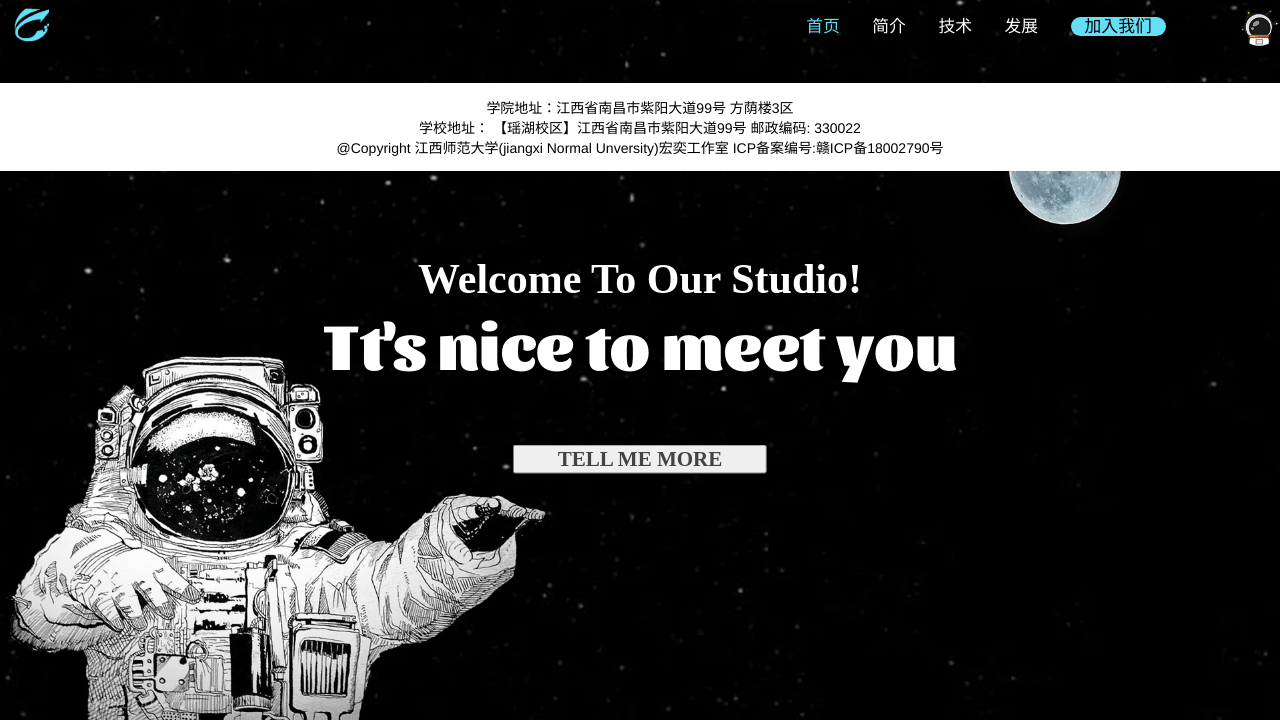
Repository: Homyit20/website
Page: /#/home
An editor plug-in stored every save of this project. The page is shown before and after the next save, followed by the edit.
The browser window is 1280 px wide. The pictures show the whole page.
The project was rebuilt for these pictures with package versions that can differ from the ones it lists, and the page was loaded fresh each time. Also part of the build but not shown: vue.config.js.

Above is the page before, as saved 2021-08-10 21:04:29.

### public/index.html
<!DOCTYPE html>
<html lang="">
  <head>
    <meta charset="utf-8">
    <meta http-equiv="X-UA-Compatible" content="IE=edge">
    <meta name="viewport" content="width=device-width,initial-scale=1.0">
    <link rel="icon" href="<%= BASE_URL %>favicon.ico">
    <!-- <title><%= htmlWebpackPlugin.options.title %></title> -->
    <title><%= htmlWebpackPlugin.options.title %></title>
    <style>
      *{
        cursor: url("火箭.ico"),auto;
      }
      .body{
        overflow-x: hidden;
      }
    </style>
  </head>
  <body class="body">
    <noscript>
      <strong>We're sorry but <%= htmlWebpackPlugin.options.title %> doesn't work properly without JavaScript enabled. Please enable it to continue.</strong>
    </noscript>
    <div id="app"></div>
    <!-- built files will be auto injected -->
  </body>
</html>

### src/main.js
import Vue from 'vue'
import App from './App.vue'
import router from './router'
import store from './store'
// import VueCookies from 'vue-cookies'
// import axios from 'axios'
// import VueAxios from 'vue-axios'
import 'animate.css/animate.min.css'
// Vue.use(VueCookies)
// Vue.use(VueAxios, axios);

Vue.config.productionTip = false

new Vue({
  router,
  store,
  render: h => h(App),
}).$mount('#app')

//报名成功或者已报名才可进入二维码页面
router.beforeEach((to, from, next) => {
  //路由导航
  if (to.meta.islogin) {

    if (store.state.success == 1) {
      next()
    } else {
      next({
        path: from.path
      })
    }
  } else {

    if (to.meta.islogin) {
      if (store.state.success == 1) {
        next()
      } else {
        next({
          path: from.path
        })
      }
    } else {
      next()
    }
  }
})
window.onload = function(){
  document.title = "HOMYIT STUDIO"
}

### src/App.vue
<template>
  <div id="app">
    <router-view></router-view>
  </div>
</template>

<script>
// import NavBar from "./components/enter/enter.vue"
export default {
  name: "App"
};
</script>

<style>
* {
  margin: 0;
  padding: 0;
  box-sizing: border-box;
}
html {
  font-size: 14px;
}
#app {
  font-family: Avenir, Helvetica, Arial, sans-serif;
}
</style>

### src/router/index.js
import Vue from 'vue'
import VueRouter from 'vue-router'

Vue.use(VueRouter);

const routes = [
    {
        path: '/',
        redirect: '/enter',
        meta : {
            title : 'enter'
        }
    },
    {
        path: '/technique',
        component: () => import('../views/technique.vue'),
        meta : {
            title : 'technique'
        }
    },
    {
        path: '/develop',
        component: () => import('../views/develop.vue'),
        meta : {
            title : 'develop'
        }
    },
    {
        path: '/enter',
        component: () => import('../views/enter.vue'),
        meta : {
            title : 'enter'
        }
    },
    {
        path: '/login',
        component: () => import('../views/login.vue'),
        redirect: '/login/loginform',
        children: [{
            path: '/login/loginform',
            component: () => import('../components/content/loginform.vue'),
            meta : {
                title : 'login'
            }
        },
        {
            path: '/login/contact',
            component: () => import('../components/content/contact.vue'),
            meta: {
                islogin: true,
                title : 'contact'
            }
        }
        ]
    },
    {
        path: '/home',
        component: () => import('../views/Home.vue'),
        meta : {
            title : 'home'
        }
    }, {
        path: '/background',
        component: () => import('../views/background.vue'),
        meta : {
            title : 'background'
        }
    },
    {
        path : '/photo',
        component : () => import('../views/photo.vue')
    }
]

const router = new VueRouter({
    routes
})

export default router;

### src/store/index.js
import Vue from 'vue'
import Vuex from 'vuex'

Vue.use(Vuex)

const store = new Vuex.Store({
    state : {
        success : 0,
        isnav : false
    },
    mutations : {
        judge(state){
            state.success = 1
        }
    }
})

export default store;

### src/views/Home.vue
<template>
  <div class="home">
    <NavBar></NavBar>
    <meta
      name="viewport"
      content="width=device-width, initial-scale=1.0, maximum-scale=1.0, user-scalable=0"
    />
    <meta name="apple-mobile-web-app-capable" content="yes" />
    <meta name="apple-mobile-web-app-status-bar-style" content="black" />
    <meta name="format-detection" content="telephone=no" />
    <img
      id="home-img"
      src="../assets/home/home-bg.jpg"
      alt=""
      width="100%"
      height="100%"
    />
    <img
      src="../assets/home/moon.png"
      alt=""
      width="80rem"
      height="80rem"
      id="home-moon"
    />

    <home-welcome></home-welcome>
    <Footer></Footer>
  </div>
</template>

<script>
import HomeWelcome from "../components/home/home-welcome.vue";
import NavBar from "../components/common/nav.vue";
import Footer from "../components/common/footer.vue"

export default {
  name: "Home",
  components: {
    HomeWelcome,
    NavBar,
    Footer
  },
  date() {
    return {
      flag: false,
      screenWidth: "",
      screenHeight: "",
    };
  },
  mounted() {
    this.screenWidth = document.body.clientWidth;
    this.screenHeight = document.body.clientHeight;
    if (this.screenWidth < 500) {
      console.log(this.screenWidth);
      this.flag = true;
    }
  },
};
</script>
<style>
@font-face {
  font-family: Sansita-Black;
  src: url("../assets/home/font/Sansita-Black.otf");
}
.home {
  height: 100%;
  width: 100%;
  color: #ffff;
}
#home-img {
  position: absolute;
  top: 0;
  width: 100vw;
  height: 100vh;
  object-fit: cover;
  z-index: -100;
}
#home-moon {
  opacity: 0;
}
@media screen and (max-width: 500px) {
  #home-img {
    top: 0;
    object-fit: cover;
    width: 100vw;
    height: 100vh;
    z-index: -100;
  }
  #home-moon {
    opacity: 1;
    position: absolute;
    top: 10%;
    right: 5%;
  }
}
</style>

### src/components/common/nav.vue
<template>
  <div class="nav">
    <div class="nav-logo" @click="toHome">
      <img src="../../assets/techlogin/images/logo_03.png"/>
    </div>
    <div class="nav-list">
      <ul class="nav-list-ul">
        <li>
          <router-link
            to="/home"
            class="nav-link-class"
            active-class="nav-link-active"
            >首页</router-link
          >
        </li>
        <li>
          <router-link
            to="/background"
            class="nav-link-class"
            active-class="nav-link-active"
            >简介</router-link
          >
        </li>
        <li>
          <router-link
            to="/technique"
            class="nav-link-class"
            active-class="nav-link-active"
            >技术</router-link
          >
        </li>
        <li>
          <router-link
            to="/develop"
            class="nav-link-class"
            active-class="nav-link-active"
            >发展</router-link
          >
        </li>
        <li>
          <router-link
            to="/login"
            class="nav-link-class nav-link-login"
            active-class="nav-join-class"
            >加入我们</router-link
          >
        </li>
      </ul>
      <div class="nav-list-img">
        <img src="../../assets/techlogin/images/小宇航员_07.png" />
      </div>
    </div>
  </div>
</template>

<script>
export default {
  name: "navbar",
  methods : {
    toHome(){
      if(this.$route.path != '/home'){
        this.$router.push({
          path : '/home'
        })
      }
    }
  }
};
</script>

<style>
.nav {
  position: absolute;
  top: 0;
  z-index: 100;
  display: flex;
  justify-content: space-between;
  align-items: center;
  width: 100vw;
  height: 3.5rem;
}
.nav-logo img {
  width: 2.5rem;
  height: 2.5rem;
  margin-top: 0.25rem;
  margin-left: 1rem;
  object-fit: cover;
}
.nav .nav-list {
  display: flex;
  justify-content: space-between;
  align-items: center;
  width: 35rem;
}
.nav-list .nav-list-ul {
  width: 80%;
  height: 100%;
  display: flex;
  align-items: center;
  justify-content: space-around;
  list-style: none;
  font-size: 1.2rem;
  color: #fff;
}
.nav-link-class {
  color: #fff;
  text-decoration: none;
}
.nav-link-active {
  color: #65dff5;
}
.nav-list-img {
  width: 3rem;
  height: 3rem;
  display: flex;
  flex-direction: column;
  position: relative;
}
.nav-list .nav-list-img img {
  width: 3rem;
  height: 3rem;
  display: flex;
  flex-direction: column;
  position: relative;
}
.nav-list .nav-list-img img {
  width: 3rem;
  height: 3rem;
  object-fit: cover;
}

/* img响应式 */
@media screen and (max-width: 500px) {
  .nav .nav-list {
    display: flex;
    justify-content: space-around;
    align-items: center;
    width: 23rem;
  }
  .nav .nav-list .nav-list-ul {
    width: 100%;
  }
  .nav-logo img {
    width: 2rem;
    height: 2rem;
    object-fit: cover;
  }
  .nav .nav-list .nav-list-img {
    display: none;
  }
  .nav .nav-list .nav-list-img img {
    display: none;
  }
  .nav .nav-link-login {
    padding: 0 0.5rem;
  }
}
.nav-link-login {
  color: #000;
  padding: 0 1rem;
  background-color: #65dff5;
  border-radius: 1rem;
}
.nav-join-class{
  box-shadow: 1px 1px 8px #fff;
}
</style>

### src/components/home/home-welcome.vue
<template>
  <div id="home-welcome">
    <h2 class="animate__animated animate__fadeInDown">
      Welcome To Our Studio!
    </h2>
    <h1 class="animate__animated animate__fadeInDown">Tt's nice to meet you</h1>
    <button
      id="home-btn"
      class="animate__animated animate__fadeInDown"
      @click="go()"
    >
      TELL ME MORE
    </button>
  </div>
</template>

<script>
export default {
  name: "home-welcome",
  data() {
    return {};
  },
  methods: {
    go() {
      this.$router.push({
        path: "/background",
      });
    },
  },
};
</script>
<style>
#home-welcome {
  text-align: center;
  position: absolute;
  left: 50%;
  top: 55%;
  transform: translate(-50%, -50%);
}
#home-welcome h2 {
  font-family: "方正舒体";
  font-size: 3rem;
}
#home-welcome h1 {
  font-family: "Sansita-Black";
  font-size: 4.7rem;
}
#home-btn {
  margin: 10%;
  width: 40%;
  color: #444343;
  font-size: 1.5rem;
  font-weight: 700;
  font-family: "Adobe 黑体 Std";
  /* border-width: 0.05rem; */
  opacity: 0.6;
}
#home-btn:hover {
  background-color: #65dff5;
}
@media screen and (max-width: 500px) {
  #home-welcome {
    text-align: center;
    position: absolute;
    top: 45%;
    transform: translate(-50%, -50%);
  }
  #home-welcome h2 {
    font-size: 2rem;
  }
  #home-welcome h1 {
    font-size: 3rem;
  }
  #home-btn {
    margin: 10%;
    width: 40%;
    color: #444343;
    font-size: 0.5rem;
    font-weight: 700;
    font-family: "Adobe 黑体 Std";
    opacity: 0.6;
  }
}
</style>

### src/components/common/footer.vue
<template>
  <div class="footer">
    <div class="footer-content-one">
      <p>学院地址：江西省南昌市紫阳大道99号 方荫楼3区</p>
      <p>学校地址： 【瑶湖校区】江西省南昌市紫阳大道99号 邮政编码: 330022</p>
      <p>@Copyright 江西师范大学(jiangxi Normal Unversity)宏奕工作室 ICP备案编号:<a href="https://beian.miit.gov.cn/#/Integrated/index">赣ICP备18002790号</a></p>
    </div>
    <div class="footer-content-two">
      <p>ICP备案编号:<a href="https://beian.miit.gov.cn/#/Integrated/index">赣ICP备18002790号</a></p>
    </div>
  </div>
</template>

<script>
  export default {
    name : 'Footer'
  }
</script>

<style>
  .footer{
    display: flex;
    justify-content: center;
    width: 100vw;
    background-color: #fff;
  }
  .footer-content-one{
    color: #000;
    margin: 1rem 0;
    display: flex;
    flex-direction: column;
    align-items: center;
  }
  .footer-content-one a{
    color: #000;
    text-decoration: none;
  }

  .footer-content-two{
    color: #000;
    margin: 1rem 0;
    display: flex;
    flex-direction: column;
    align-items: center;
  }
  .footer-content-two p{
    display: none;
  }
  .footer-content-two a{
    color: #000;
    text-decoration: none;
  }
  @media screen and (max-width: 500px){
    .footer-content-one p{
      display: none;
    }
    .footer-content-two p{
      display: block;
    }
  }
</style>

After the next save:
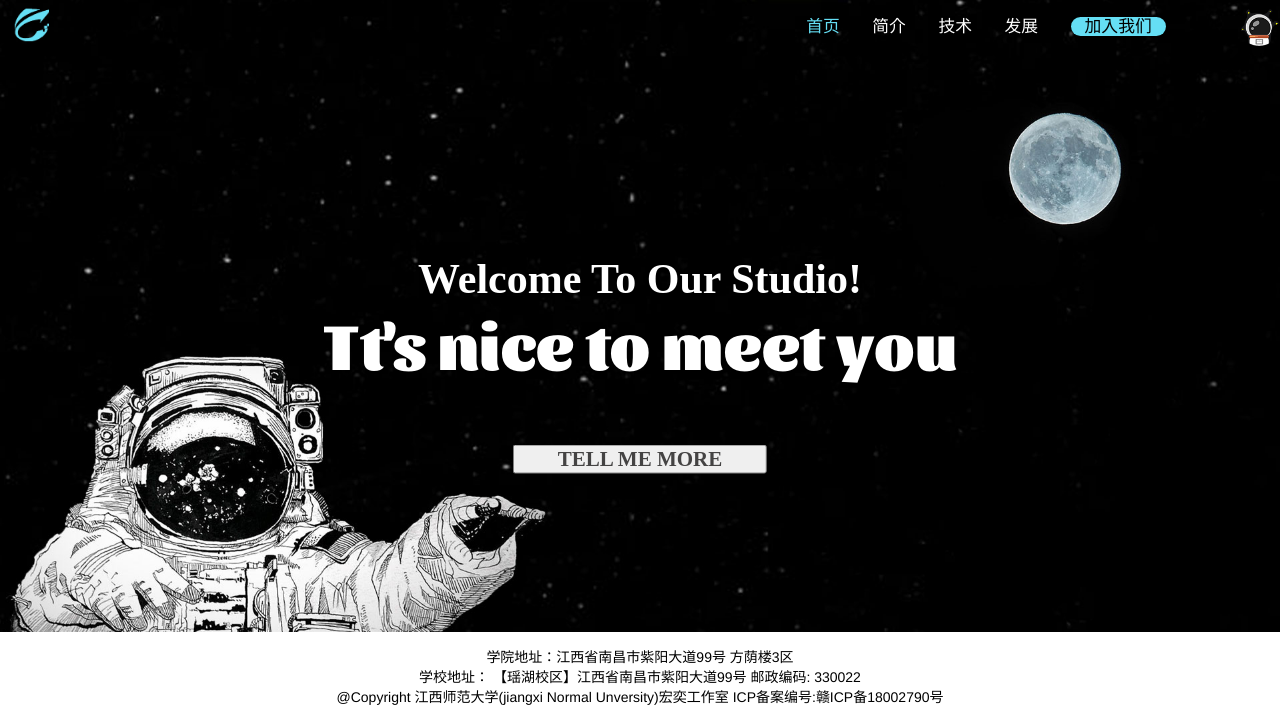
Saved 41 s later.
--- a/src/components/common/footer.vue
+++ b/src/components/common/footer.vue
@@ -19,6 +19,8 @@
 
 <style>
   .footer{
+    position: fixed;
+    bottom: 0;
     display: flex;
     justify-content: center;
     width: 100vw;
